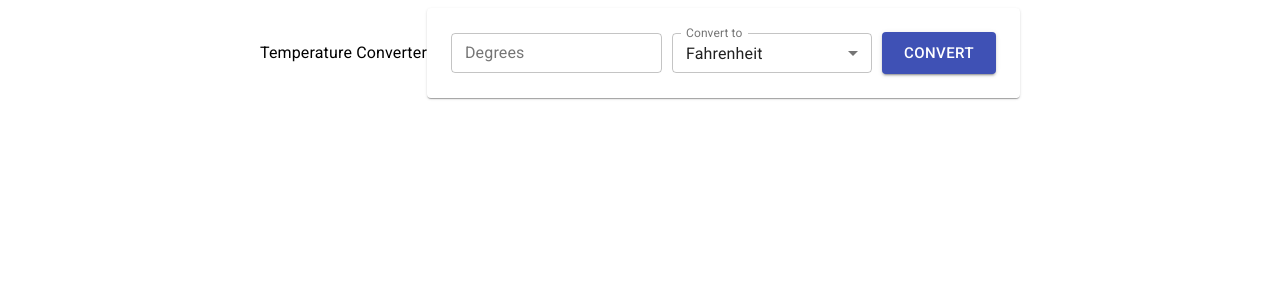
Repository: zum281/temperature-converter
Page: /
These files come from the project's save history. The page is drawn as it stood at one moment and after the next save; the edit follows.
The browser window is 1280 px wide. The pictures show the whole page.
The project was rebuilt for these pictures with package versions that can differ from the ones it lists, and the page was loaded fresh each time. Also part of the build but not shown: src/components/Result.js.

Above is the page before, as saved 2021-07-09 14:48:55.

After the next save:
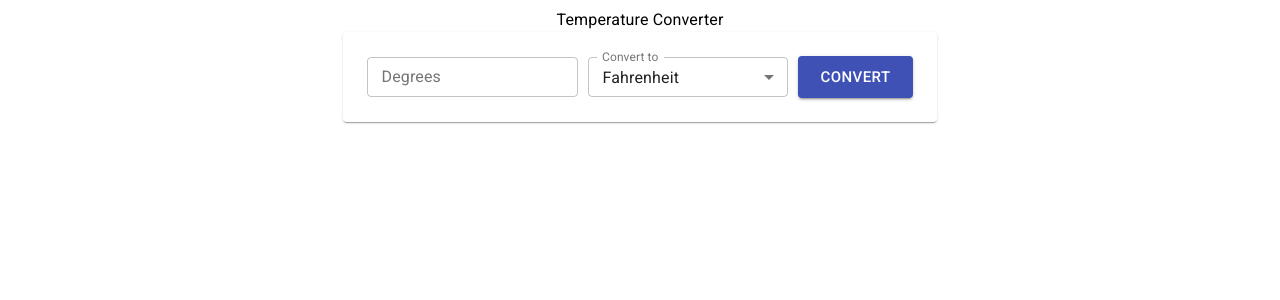
Saved 12 s later.
--- a/src/App.js
+++ b/src/App.js
@@ -6,6 +6,7 @@ const useStyles = makeStyles((theme) => {
     return {
         root: {
             display: "flex",
+            flexDirection: "column",
             alignItems: "center",
             justifyContent: "center",
         },
